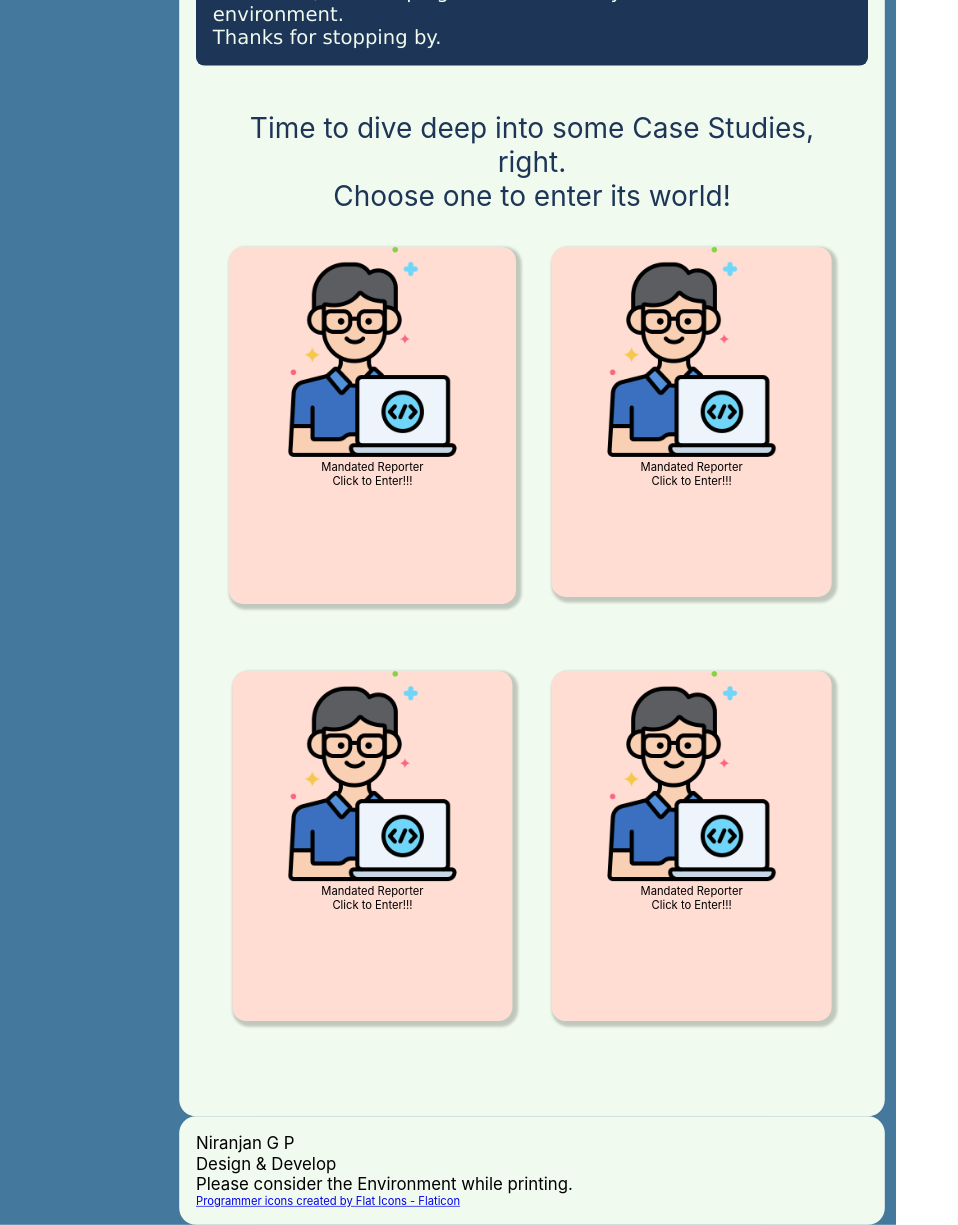
Repository: niranjangp/portfolioReact
Page: /
The author's editor kept a copy of each file at every save. The page is drawn from the files as they stood at one save, then again after the next save.
The browser window is 1280 px wide. The page is 1368 px wide, so the pictures cover 1368 px, including what lies to the right of the window. The pictures show the part of the page from y = 994 to 2754 px (the page is 2744 px tall before and 2754 px after), at 70% of full size.
The pointer rests on the first visible `.card`.
The project was rebuilt for these pictures with package versions that can differ from the ones it lists, and the page was loaded fresh each time. Also part of the build but not shown: src/pages/csOne.jsx, src/pages/notFound.jsx.

Above is the page before, as saved 2022-01-31 23:34:24.

### public/index.html
<!DOCTYPE html>
<html lang="en">
  <head>
    <meta charset="utf-8" />
    <!--<link rel="icon" href="%PUBLIC_URL%/favicon.ico" />-->
    <meta name="viewport" content="width=device-width, initial-scale=1" />
    <meta name="theme-color" content="#000000" />
    <meta
      name="description"
      content="Web site created using create-react-app"
    />
    <!--<link rel="apple-touch-icon" href="%PUBLIC_URL%/logo192.png" />-->
    <!--
      manifest.json provides metadata used when your web app is installed on a
      user's mobile device or desktop. See https://developers.google.com/web/fundamentals/web-app-manifest/
    -->
    <link rel="manifest" href="%PUBLIC_URL%/manifest.json" />
    <!--
      Notice the use of %PUBLIC_URL% in the tags above.
      It will be replaced with the URL of the `public` folder during the build.
      Only files inside the `public` folder can be referenced from the HTML.

      Unlike "/favicon.ico" or "favicon.ico", "%PUBLIC_URL%/favicon.ico" will
      work correctly both with client-side routing and a non-root public URL.
      Learn how to configure a non-root public URL by running `npm run build`.
    -->
    <title>Portfolio</title>
  </head>
  <body>
    <noscript>You need to enable JavaScript to run this app.</noscript>
    <div id="root"></div>
    <!--
      This HTML file is a template.
      If you open it directly in the browser, you will see an empty page.

      You can add webfonts, meta tags, or analytics to this file.
      The build step will place the bundled scripts into the <body> tag.

      To begin the development, run `npm start` or `yarn start`.
      To create a production bundle, use `npm run build` or `yarn build`.
    -->
  </body>
</html>

### src/index.css
body {
  margin: 0;
  font-family: -apple-system, BlinkMacSystemFont, 'Segoe UI', 'Roboto', 'Oxygen',
    'Ubuntu', 'Cantarell', 'Fira Sans', 'Droid Sans', 'Helvetica Neue',
    sans-serif;
  -webkit-font-smoothing: antialiased;
  -moz-osx-font-smoothing: grayscale;
  box-sizing: border-box;
}

code {
  font-family: source-code-pro, Menlo, Monaco, Consolas, 'Courier New',
    monospace;
}

p {
  margin: 0;
}

### src/App.js
import './App.css';

import { Route, NavLink, Switch, Redirect } from 'react-router-dom';
import EnterTheDesign from './pages/enterDesign';
import CSOne from './pages/csOne';
import NotFound from './pages/notFound';

function App() {
  const flatIconLink = "https://www.flaticon.com/free-icons/programmer";


  return (
    <div className='App'>
      <div className="containerOne">
        <nav className='navigation'>
          <div>
            <NavLink activeClassName="link-sel" to="/cs-one">1. Case Study</NavLink>
          </div>
          <div>
            <NavLink activeClassName="link-sel" to="/cs-two">Case t'w'o Study</NavLink>
          </div>
          <div>
            <NavLink activeClassName="link-sel" to="/cs-three">Case Study the third</NavLink>
          </div>
          <div>
            <NavLink activeClassName="link-sel" to="/cs-three">Case Study IV</NavLink>
          </div>


        </nav>
        <main className='mainOne'>
          <Switch>
            <Route exact path="/" ><Redirect to="/enter-the-design" /></Route>
            <Route path="/enter-the-design" ><EnterTheDesign /></Route>
            <Route exact path="/cs-one" ><CSOne /></Route>

            <Route path="*"><NotFound /></Route>
          </Switch>
          {/*<div className='firstRow'>
            <div className="width-60">
              <p className='fr-info'>NIRANJAN G P, IS A UI DEVELOPER AT DELOITTE USI</p>
            </div>
            <div className="width-40 img-block">
              <img src={avatarIcon} alt="avatar-icon" className='avtr-img' />
            </div>
          </div>
          <div className='sec-row'>
            <p>Hi, this is Niranjan.</p>
            <p>I Joined Deloitte USI as a campus recruit. Since then I've been part of many innovative and high-intensity projects, coordinating between multiple virtual teams to help complete client deliverables.</p>
            <p>I've been part of the FRONT-END community since 2017 and constantly learning and developing UI and gradually having a go at UX design parallely.</p>
            <p>Currently based in Bengaluru, I have a big love for travel and adventure, also keeping in mind to do my bit to conserve the environment.</p>
            <p>Thanks for stopping by.</p>
          </div>*/}

        </main>
        <footer>
          <div className='footer-info'>
            <p>Niranjan G P</p>
            <p>Design & Develop</p>
            <p>Please consider the Environment while printing.</p>
          </div>
          <div>
            <a href={flatIconLink} title="programmer icons">Programmer icons created by Flat Icons - Flaticon</a>
            {/*<a target="_blank" rel="noopener noreferrer" href={avatarLink}>Avatar</a> icon by <a target="_blank" rel="noopener noreferrer" href={icon8link}>Icons8</a>*/}
          </div>
        </footer>
      </div>

    </div>
  );
}

export default App;

### src/App.css
.containerOne {
  background-color: #45789d;
}

.mainOne {
  width: 75%;
  margin-left: 20%;
  background-color: #F1FAEE;
  height: 100%;
  border-radius: 1.5rem;
  padding:24px;
}

.fr-info {
  font-size: 3rem;
  font-family:'Gill Sans', 'Gill Sans MT', Calibri, 'Trebuchet MS', sans-serif;
  padding: 24px;
  color: #1d3557;
}

.firstRow {
  display: flex;
  align-items: center;
  margin-bottom: 1.5rem;
}

.width-60 {
  width: 60%;
}

.width-40 {
  width: 40%;
}

.fullWidth {
  width: 100%;
}

.img-block {
  text-align: center;
}

.sec-row {
  background-color: #1d3557;
  color: #f1faee;
  border-radius: 0.75rem;
  padding: 24px;
  font-family: 'Lucida Sans', 'Lucida Sans Regular', 'Lucida Grande', 'Lucida Sans Unicode', Geneva, Verdana, sans-serif;
  font-size: 28px;
}

.centered {
  margin: 3rem auto;
  text-align: center;
  display: flex;
  justify-content: center;
  align-items: center;
}

.linkSel {
  text-decoration: underline;
  font-weight: bold;
}

.third-row {
  display: flex;
  flex-wrap: wrap;
  padding: 64px 24px;
}

.card-box {
  width: 50%;
  text-align: center;
}

.card {
  width: 400px;
  height: 500px;
  background-color: #ffddd2;
  border-radius: 20px;
  box-shadow: 4px 4px 4px 4px rgba(0, 0, 0, 0.2);
  margin: 3rem auto;
  flex-grow: 1;
  flex-shrink: 1;
  transition: width 1s;
}

.card:hover {
  /*box-shadow: 4px 4px 4px 8px rgba(0, 0, 0, 0.2);*/
  width: 410px;
  height: 510px;
}

.card-icon {
  width: 300px;
}

.intro-cs {
  text-align: center;
  font-size: 40px;
  color: #1d3557;
}

footer {
  width: 75%;
  margin-left: 20%;
  background-color: #F1FAEE;
  height: 100%;
  border-radius: 1.5rem;
  padding:24px;
}
.footer-info {
  font-size: 1.5rem;
}

/*.containerOne {
  background-color: #F1FAEE;
}
.mainOne {
  background-color: #a8dadc;
  width: 75%;
  margin-left: 20%;
  /-*background-color: #45789d;*-/
  height: 660px;
}

.p1 {
  color: #1d3557;
}
.p2 {
  color: #f1faee;
}*/

/*.App-logo {
  height: 40vmin;
  pointer-events: none;
}

@media (prefers-reduced-motion: no-preference) {
  .App-logo {
    animation: App-logo-spin infinite 20s linear;
  }
}

.App-header {
  background-color: #282c34;
  min-height: 100vh;
  display: flex;
  flex-direction: column;
  align-items: center;
  justify-content: center;
  font-size: calc(10px + 2vmin);
  color: white;
}

.App-link {
  color: #61dafb;
}*/

@keyframes App-logo-spin {
  from {
    transform: rotate(0deg);
  }
  to {
    transform: rotate(360deg);
  }
}

### src/pages/enterDesign.jsx
import React from 'react';
import Icons from '../assets/programmer.png';

const enterDesign = () => {
    const avatarIcon = Icons;

    const navtoCardDet = () => {
        try {
            console.log('inside card det func');
        } catch (e) {
            console.log('Error in navToCardDet', e.stack());
        }
    }

    return (
        <React.Fragment>
            <div className='firstRow'>
                <div className="width-60">
                    <p className='fr-info'>NIRANJAN G P, IS A UI DEVELOPER AT DELOITTE USI</p>
                </div>
                <div className="width-40 img-block">
                    <img src={avatarIcon} alt="avatar-icon" className='avtr-img' />
                </div>
            </div>
            <div className='sec-row'>
                <p>Hi, this is Niranjan.</p>
                <p>I Joined Deloitte USI as a campus recruit. Since then I've been part of many innovative and high-intensity projects, coordinating between multiple virtual teams to help complete client deliverables.</p>
                <p>I've been part of the FRONT-END community since 2017 and constantly learning and developing UI and gradually having a go at UX design parallely.</p>
                <p>Currently based in Bengaluru, I have a big love for travel and adventure, also keeping in mind to do my bit to conserve the environment.</p>
                <p>Thanks for stopping by.</p>
            </div>
            <div className='third-row'>
                <div className='fullWidth intro-cs'>
                    <p>Time to dive deep into some Case Studies, right.</p>
                    <p>Choose one to enter its world!</p>
                </div>
                <div className='card-box'>
                    <div className="card" onClick={navtoCardDet} id="">
                        <img src={avatarIcon} alt="card-icon" className='card-icon' />
                        <p>Mandated Reporter</p>
                        <p>Click to Enter!!!</p>
                    </div>
                </div>
                <div className='card-box'>
                    <div className="card" onClick={navtoCardDet}>
                        <img src={avatarIcon} alt="card-icon" className='card-icon' />
                        <p>Mandated Reporter</p>
                        <p>Click to Enter!!!</p>
                    </div>
                </div>
                <div className='card-box'>
                    <div className="card" onClick={navtoCardDet}>
                        <img src={avatarIcon} alt="card-icon" className='card-icon' />
                        <p>Mandated Reporter</p>
                        <p>Click to Enter!!!</p>
                    </div>
                </div>
                <div className='card-box'>
                    <div className="card" onClick={navtoCardDet}>
                        <img src={avatarIcon} alt="card-icon" className='card-icon' />
                        <p>Mandated Reporter</p>
                        <p>Click to Enter!!!</p>
                    </div>
                </div>
            </div>
        </React.Fragment>
    )
};

export default enterDesign;

Loaded but not shown: src/index.js (common file); src/reportWebVitals.js (common file); public/manifest.json (common file)

After the next save:
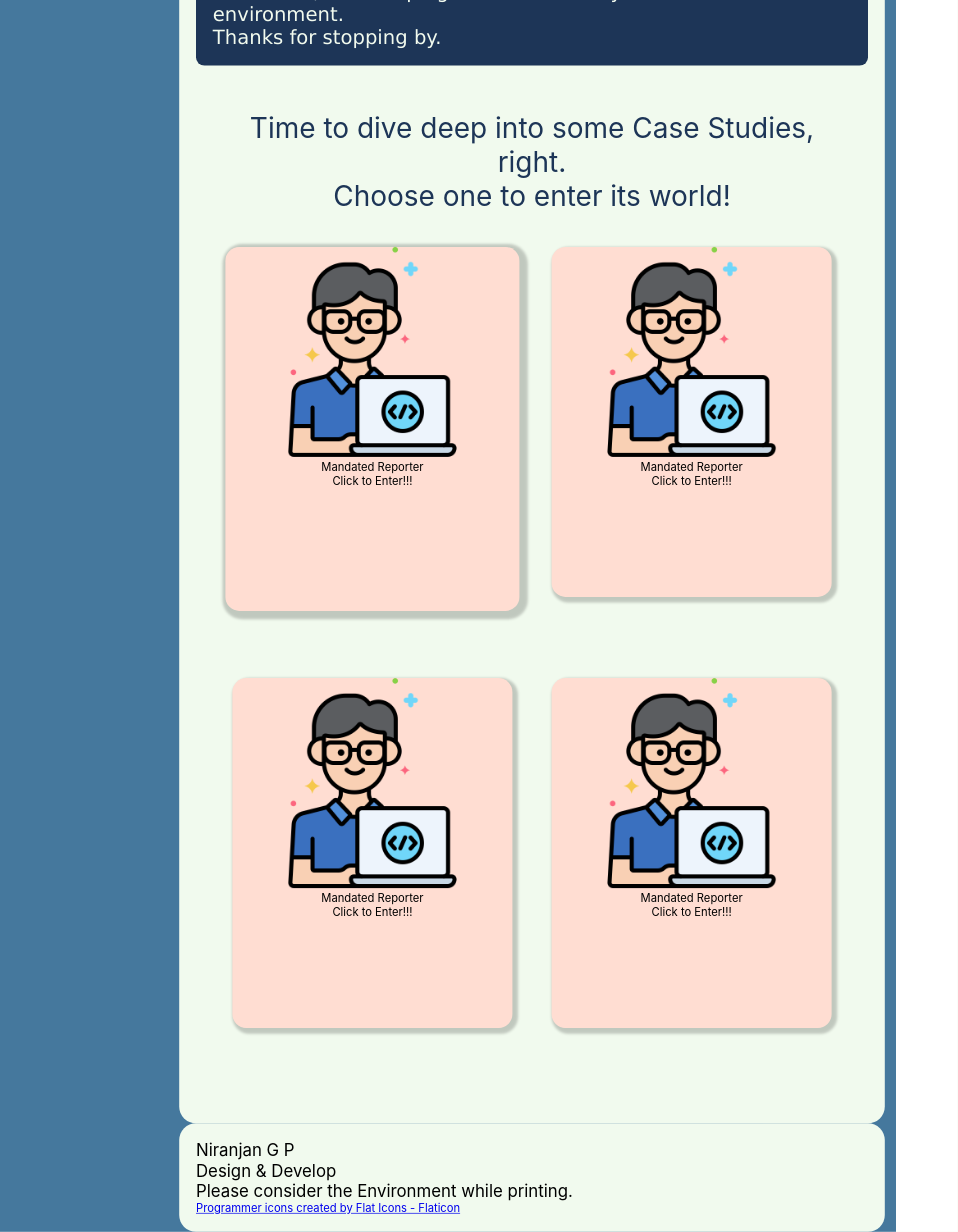
Saved 58 s later.
--- a/src/App.css
+++ b/src/App.css
@@ -86,9 +86,9 @@
 }
 
 .card:hover {
-  /*box-shadow: 4px 4px 4px 8px rgba(0, 0, 0, 0.2);*/
-  width: 410px;
-  height: 510px;
+  box-shadow: 4px 4px 4px 8px rgba(0, 0, 0, 0.2);
+  width: 420px;
+  height: 520px;
 }
 
 .card-icon {
